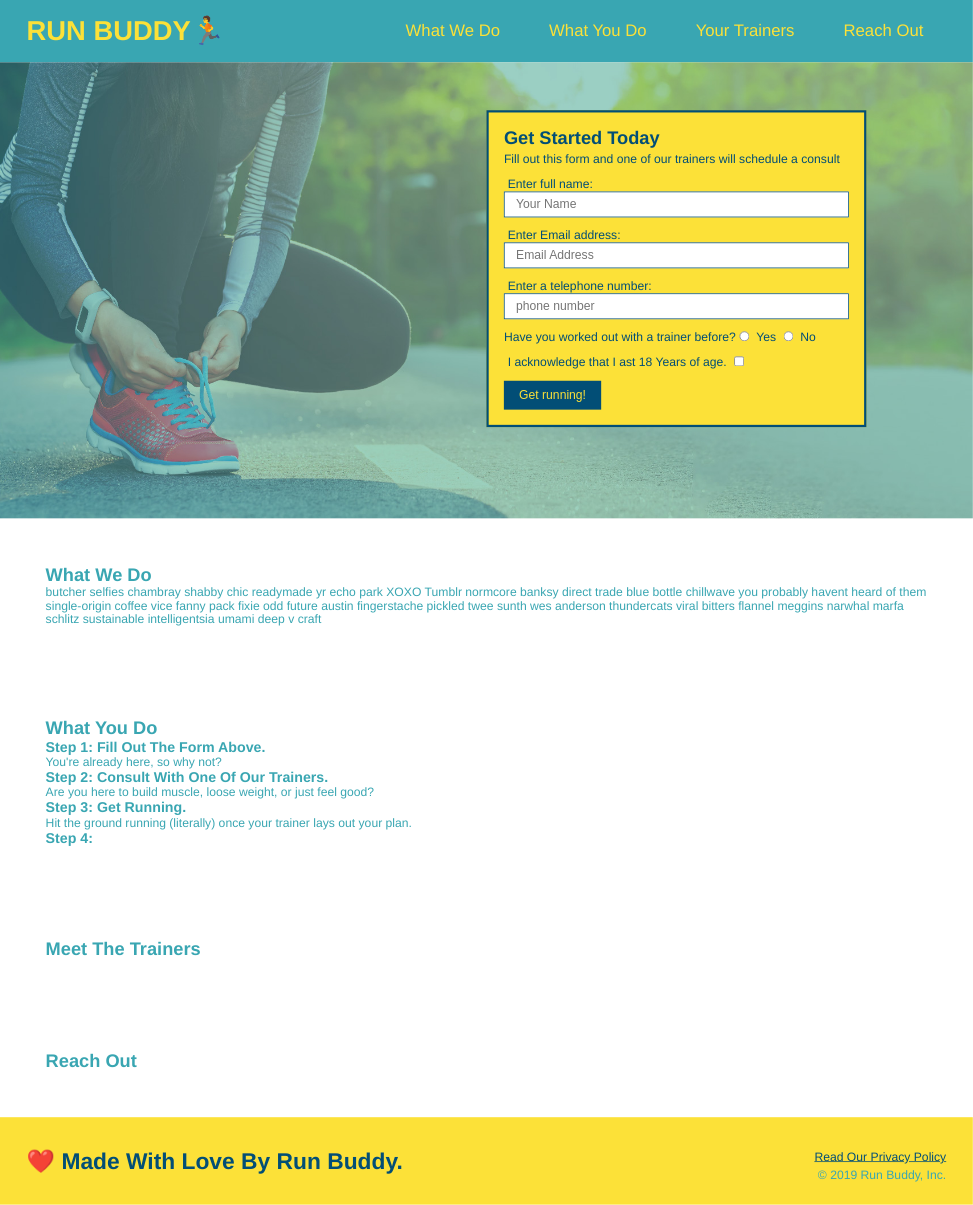
Repository: pilar122/run-buddy
Page: index.html
An editor plug-in stored every save of this project. The page is shown before and after a run of saves, followed by the edit.
The browser window is 1280 px wide. The pictures show the whole page, at 76% of full size.

Above is the page before, as saved 2023-01-22 07:51:11.

After the next 4 saves:
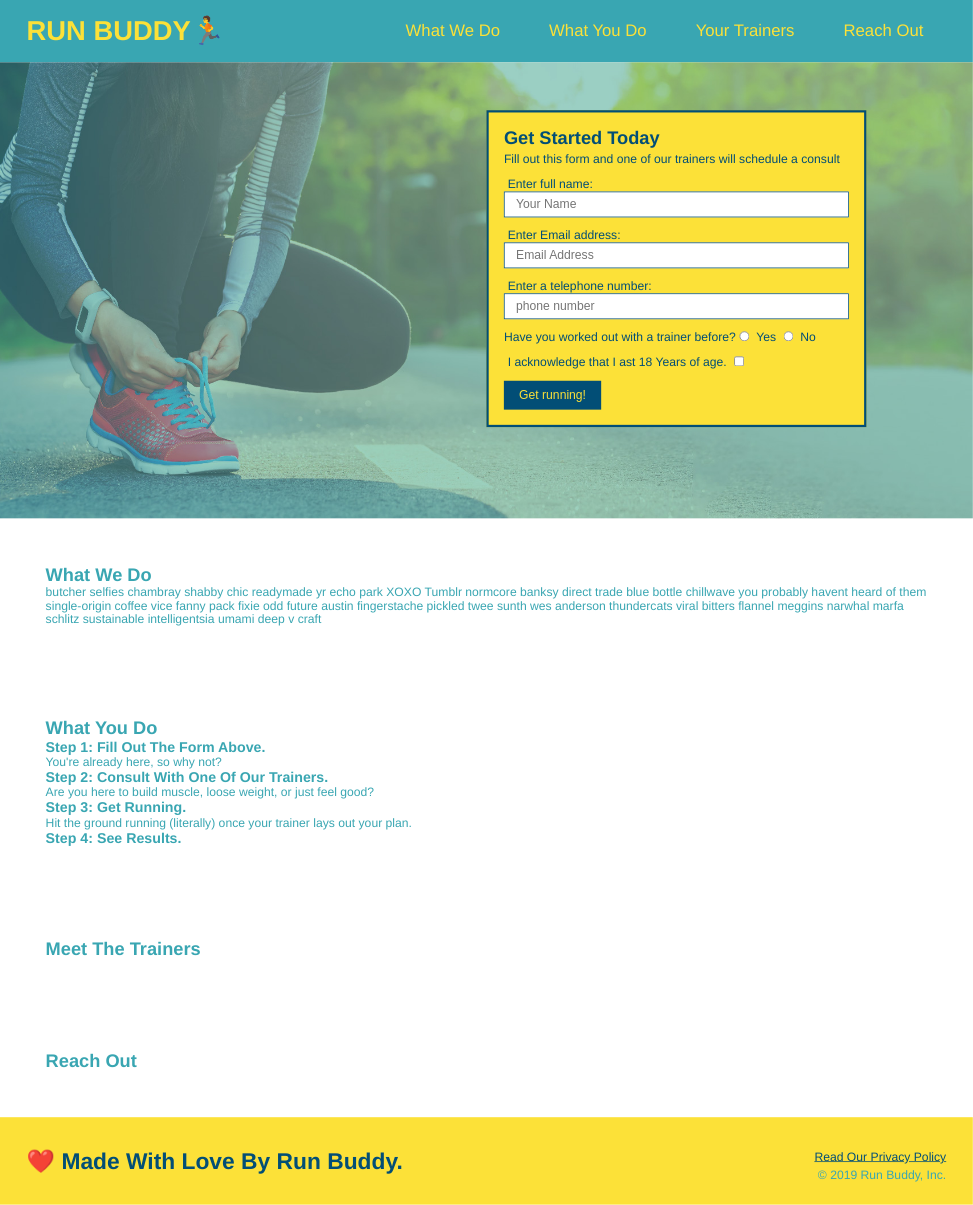
The 4 saves are shown as one change because they came seconds apart.
The last was saved 11 s later.
--- a/index.html
+++ b/index.html
@@ -96,7 +96,8 @@
             </div>
 
             <div>
-                <h3>Step 4: </h3>
+                <h3>Step 4: See Results.</h3>
+                <p></p>
             </div>
         </section>
 
